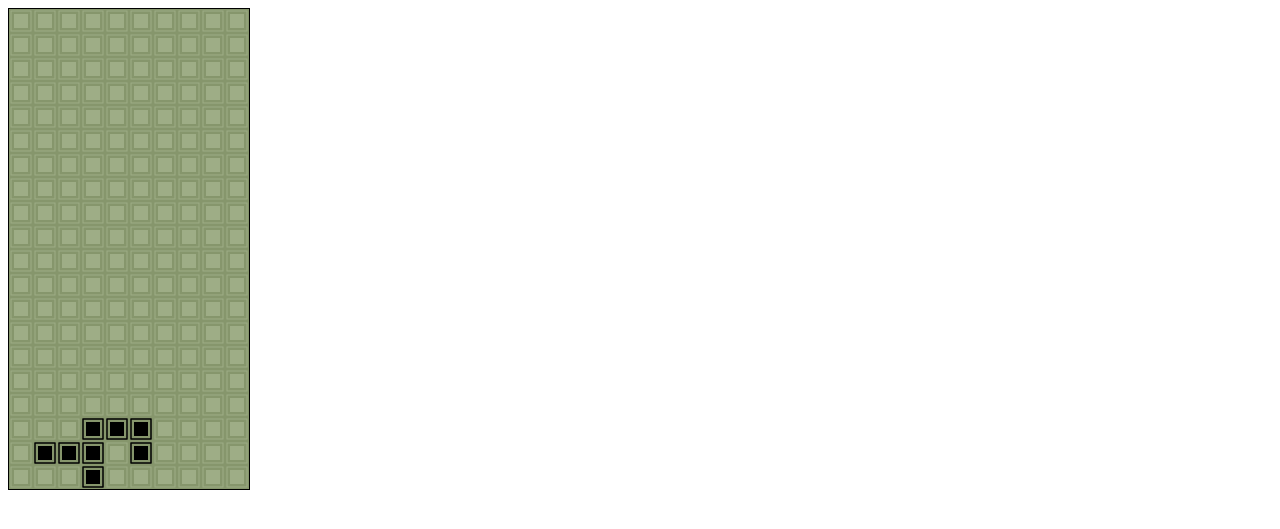
Repository: yzarc204/tetris-web
Page: index.html
An editor plug-in stored every save of this project. The page is shown before and after the next save, followed by the edit.
The browser window is 1280 px wide. The pictures show the whole page.

Above is the page before, as saved 2021-09-20 20:43:55.

### index.html
<!DOCTYPE html>
<html lang="en">
<head>
    <meta charset="UTF-8">
    <meta http-equiv="X-UA-Compatible" content="IE=edge">
    <meta name="viewport" content="width=device-width, initial-scale=1.0">
    <title>Tetris</title>
    <style>
        canvas {
            border: 1px solid #000;
        }
    </style>
</head>
<body>
    <script src="js/const.js"></script>
    <script src="js/board.js"></script>
    <script src="js/pixel.js"></script>
    <script src="js/brick.js"></script>
    <script src="js/game.js"></script>
</body>
</html>

### js/const.js
const PIXEL_SIZE = 24;

const B = true;
const _ = false;

const ROW = 20;
const COL = 10;

const GAME_WIDTH = PIXEL_SIZE * COL;
const GAME_HEIGHT = PIXEL_SIZE * ROW;

const GAME_BG_COLOR = '#86966c';
const PIXEL_COLOR = '#000000';
const PIXEL_BG_COLOR = '#9EAD86';

const BRICK_SHAPES = [
    [
        [
            [B, B, B, B]
        ]
    ],
    [
        [B, B, B],
        [_, B, _]
    ],
    [
        [B, B, _],
        [_, B, B]
    ],
    [
        [_, B, B],
        [B, B, _]
    ],
    [
        [B, B, B],
        [_, _, B]
    ],
    [
        [B, B, B],
        [B, _, _]
    ],
    [
        [B, B],
        [B, B]
    ],
];

### js/board.js
class Board
{
    constructor(tetris) {
        this.tetris = tetris;
        this.map = [];
        this.row = ROW;
        this.col = COL;
        this.init();
    }

    init() {
        for (let row = 0; row < this.row; row++) {
            let rowData = [];
            for (let col = 0; col < this.col; col++) {
                rowData.push(_);
            }
            this.map.push(rowData);
        }
    }

    isEmptyCell(row, col) {
        if (row > this.row-1 || col > this.col-1)
           return false;
        return this.map[row][col] == _;
    }

    draw() {
        for (let row = 0; row < this.row; row++) {
            for (let col = 0; col < this.col; col++) {
                let color = PIXEL_BG_COLOR;
                if (this.map[row][col] == B)
                    color = PIXEL_COLOR;
                new Pixel(this.tetris, row, col, color).draw();
            }
        }
    }
};

### js/pixel.js
class Pixel
{
    constructor(tetris, row, col, color) {
        this.tetris = tetris;
        this.row = row;
        this.col = col;
        this.color = color;
        this.size = PIXEL_SIZE;
    }

    addPixelToBoard() {
        this.tetris.board.map[this.row][this.col] = B;
    }

    isHitLeft() {
        return this.col == 0;
    }

    canMoveLeft() {
        if (this.isHitLeft())
            return false;
        if (!this.tetris.board.isEmptyCell(this.row, this.col-1))
            return false;
        return true;
    }

    moveLeft() {
        if (this.canMoveLeft())
            this.col--;
    }

    isHitRight() {
        return this.col == COL - 1;
    }

    canMoveRight() {
        if (this.isHitRight())
            return false;
        if (!this.tetris.board.isEmptyCell(this.row, this.col+1))
            return false;
        return true;
    }

    moveRight() {
        if (this.canMoveRight())
            this.col++;
    }

    isHitBottom() {
        return this.row == ROW-1;
    }

    canFall() {
        if (this.isHitBottom())
            return false;
        if (!this.tetris.board.isEmptyCell(this.row+1, this.col))
            return false;
        return true;
    }

    fall() {
        if (this.canFall())
            this.row++;
        else
            this.addPixelToBoard();
    }

    draw() {
        const x = this.row * this.size;
        const y = this.col * this.size;
        // Set color
        this.tetris.ctx.fillStyle = this.color;
        this.tetris.ctx.strokeStyle = this.color;
        this.tetris.ctx.lineWidth = 1;
        // Draw outline
        this.tetris.ctx.strokeRect(y+2, x+2, this.size-4, this.size-4);
        // Draw area
        this.tetris.ctx.fillRect(y+5, x+5, this.size-10, this.size-10, this.color);
    }
};

### js/brick.js
class Brick {
    constructor(tetris, row, col, shape) {
        this.tetris = tetris;
        this.row = row;
        this.col = col;
        this.map = BRICK_SHAPES[shape];
        this.pixels = [];
        this.color = PIXEL_COLOR;
        this.init();
    }

    init() {
        for (let row = 0; row < this.map.length; row++) {
            for (let col = 0; col < this.map[0].length; col++) {
                if (this.map[row][col] == B) {
                    let newPixel = new Pixel(this.tetris, this.row+row, this.col+col, PIXEL_COLOR);
                    this.pixels.push(newPixel);
                }
            }
        }
    }

    addNewBrickToBoard() {
        this.pixels.forEach(pixel => {
            this.tetris.board.map[pixel.row][pixel.col] = B;
        });
    }

    canFall() {
        let doesCanFall = true;
        this.pixels.forEach(pixel => {
            if (!pixel.canFall())
                doesCanFall = false;
        })
        return doesCanFall;
    }

    fall() {
        if (this.canFall()) {
            this.row++;
            this.pixels.forEach(pixel => pixel.fall());
        } else {
            this.addNewBrickToBoard();
        }
    }

    update() {
        this.fall();
    }

    draw() {
        this.pixels.forEach(pixel => pixel.draw());
    }
};

### js/game.js
class Tetris {
    constructor() {
        this.cvs = null;
        this.ctx = null;
        this.board = null;
        this.brick = null;
        this.score = 0;
        this.init();
        this.startGame();
        this.gameLoop = setInterval(() => this.loop(), 333);
    }

    init() {
        // Create canvas
        this.cvs = document.createElement('canvas');
        this.cvs.width = GAME_WIDTH;
        this.cvs.height = GAME_HEIGHT;
        document.body.appendChild(this.cvs);

        this.ctx = this.cvs.getContext('2d');
    }

    startGame() {
        this.board = new Board(this);
        this.brick = new Brick(this, 4, 3, 4);
        this.brick1 = new Brick(this, 6, 1, 4);
        // this.pixel = new Pixel(this, 0, 4, PIXEL_COLOR);
        // this.pixel2 = new Pixel(this, 3, 4, PIXEL_COLOR);
    }

    clrscr() {
        this.ctx.fillStyle = GAME_BG_COLOR;
        this.ctx.fillRect(0, 0, GAME_WIDTH, GAME_HEIGHT);
    }

    loop() {
        this.clrscr();
        this.update();
        this.draw();
    }

    update() {
        // this.pixel.fall();
        // this.pixel2.fall();
        this.brick.update();
        this.brick1.update();
    }

    draw() {
        this.board.draw();
        this.brick.draw();
        this.brick1.draw();
        // this.pixel.draw();
        // this.pixel2.draw();
    }
};

const tetris = new Tetris();

After the next save:
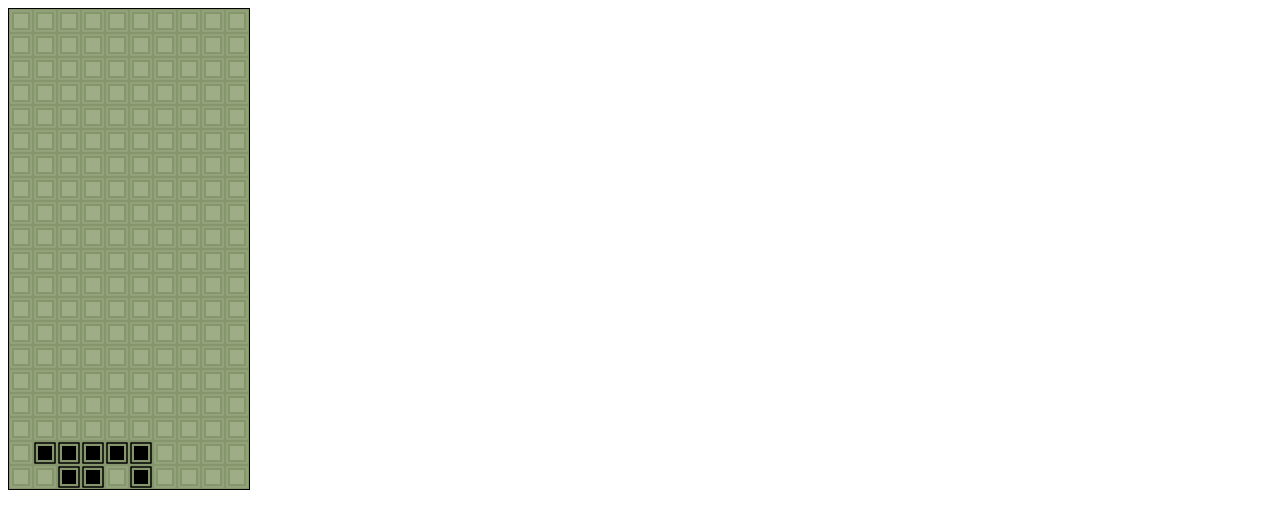
Saved 49 s later.
--- a/js/game.js
+++ b/js/game.js
@@ -23,7 +23,7 @@ class Tetris {
     startGame() {
         this.board = new Board(this);
         this.brick = new Brick(this, 4, 3, 4);
-        this.brick1 = new Brick(this, 6, 1, 4);
+        this.brick1 = new Brick(this, 6, 1, 2);
         // this.pixel = new Pixel(this, 0, 4, PIXEL_COLOR);
         // this.pixel2 = new Pixel(this, 3, 4, PIXEL_COLOR);
     }
